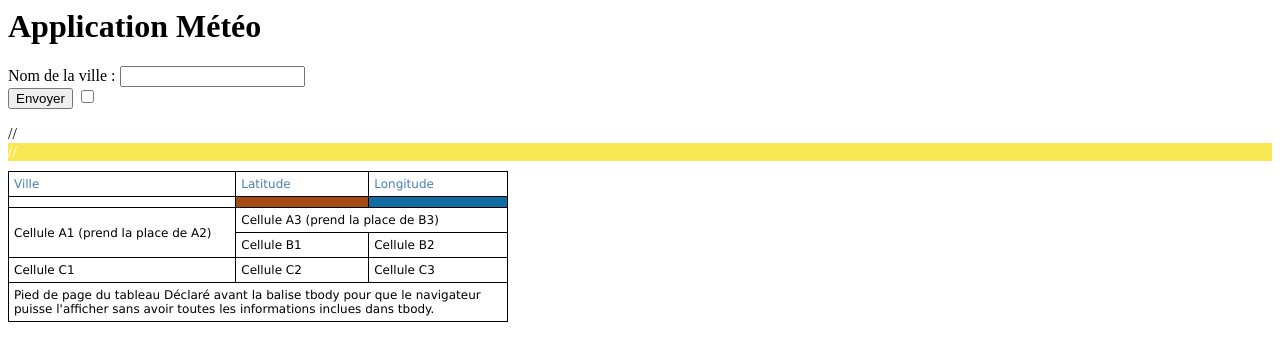
Repository: IFATech-Metz/dev-log-4
Page: projet.html
An editor plug-in stored every save of this project. The page is shown before and after the next save, followed by the edit.
The browser window is 1280 px wide. The pictures show the whole page.
The page's requests for data from a server got no answer.

Above is the page before, as saved 2019-01-21 21:08:04.

### projet.html
<html>
    <head>
        <title>Météo du jour</title>
        <script src="meteo.js"></script>
        <link rel="stylesheet" type="text/css" href="style.css">
    </head>
    <body onload="init_page()">
        <h1>Application M&eacute;t&eacute;o</h1>
        <p>
            Nom de la ville :
            <input type="text" id="ville" value=""><br>

            <button type="button" onclick="get_temperature()">Envoyer</button>
            <input type="checkbox" id="url_visibility">

        </p>

       <div id="url">
      // </div>

      //  <div id="meteo">
      //  </div>
        <table rules="all" cellpadding="5px" style="width:500px; border:solid 1px black; font-family:verdana; font-size:12px;">
            <caption style="margin:5px; font-size:14px;"; id="ville"></caption>
            <thead>
               <tr style="color:steelblue;">
                  <td> Ville </td>
                  <td> Latitude </td>
                  <td> Longitude </td>
               </tr>
            </thead>
            <tfoot>
               <tr>
                  <td colspan="3">
                  Pied de page du tableau
                  Déclaré avant la balise tbody pour que le navigateur puisse l'afficher
                  sans avoir toutes les informations inclues dans tbody.
                  </td>
               </tr>
            </tfoot>
            <tbody>
                <tr>
                    <td id='ville'> </td>
                    <td id='latitude'> </td>
                    <td id='longitude'> </td>
                </tr>
                <tr>
                  <td rowspan="2">Cellule A1 (prend la place de A2)</td>
                  <td colspan="2">Cellule A3 (prend la place de B3)</td>
               </tr>
               <tr>
                  <td>Cellule B1</td>
                  <td>Cellule B2</td>
               </tr>
               <tr>
                  <td>Cellule C1</td>
                  <td>Cellule C2</td>
                  <td>Cellule C3</td>
               </tr>
            </tbody>
         </table>








        <div id="latitude">
        </div>
        <div id="longitude">
        </div>
        <div id="humidity">
        </div>
        <div id="sun_rise">
        </div>
        <div id="sun_set">
        </div>
        <div id="weather_value">
        </div>
        <div id="pressure">
        </div>
        <div id="temp_min">
        </div>
        <div id="temp_max">
        </div>
        <div id="speed">
        </div>
        <div id="direction">
        </div>
        <div id="clouds">
        </div>

        <img id="icon" src="">
    </body>
</html>

### meteo.js
var xhr = new XMLHttpRequest();

// Forme générale du lien :
// http://maps.openweathermap.org/maps/2.0/weather/TA2/{z}/{x}/{y}?
// date=1527811200&opacity=0.9&fill_bound=true&appid={api_key}

var base_url = "http://api.openweathermap.org/data/2.5/weather";
var city = "Metz";
var units = "metric";
var appid = "f5e810531af1756846022c6f387acf25";

function get_url() {
    return base_url + "?"
        + "q=" + city + "&"
        + "units=" + units + "&"
        + "appid=" + appid;

}

function init_page() {
    xhr.onreadystatechange = function() {
        if (this.readyState == 4 && this.status == 200) {

            document.getElementById("url").innerHTML = get_url();
//Temperature
            var response = JSON.parse(this.responseText);
            var temperature = response.main.temp;
//Latitude et longitude
            var latitude = response.coord.lat;
            var longitude = response.coord.lon;
//Humidité
           var humidity = response.main.humidity;
//levé et couché de soleil
            // Create a new JavaScript Date object based on the timestamp
            // multiplied by 1000 so that the argument is in milliseconds, not seconds.
        var dateL = new Date(response.sys.sunrise*1000);
        // Hours part from the timestamp
        var hoursL = dateL.getHours();
        // Minutes part from the timestamp
        var minutesL = "0" + dateL.getMinutes();
        // Seconds part from the timestamp
        var secondsL = "0" + dateL.getSeconds();

        // Will display time in 10:30:23 format
        var formattedTimeL = hoursL + ':' + minutesL.substr(-2) + ':' + secondsL.substr(-2);
            var sun_rise = formattedTimeL;

        var dateC = new Date(response.sys.sunset*1000);
        // Hours part from the timestamp
        var hoursC = dateC.getHours();
        // Minutes part from the timestamp
        var minutesC = "0" + dateC.getMinutes();
        // Seconds part from the timestamp
        var secondsC = "0" + dateC.getSeconds();

        // Will display time in 10:30:23 format
        var formattedTimeC = hoursC + ':' + minutesC.substr(-2) + ':' + secondsC.substr(-2);
        var sun_set = formattedTimeC;
// condition météo
            var weather_value = response.weather[0].main
//pression
            var pressure = response.main.pressure;
//temp_min
            var temp_min = response.main.temp_min;
//temp_max
            var temp_max = response.main.temp_max;
//wind speed
            var speed = response.wind.speed;
//wind direction
            var direction = response.wind.deg;
//clouds
            var clouds = response.clouds.all;
//Icone
            var icon = response.weather[0].icon;
            var src = "http://openweathermap.org/img/w/" + icon + ".png";


            document.getElementById("meteo").innerHTML = temperature;
            document.getElementById("latitude").innerHTML = latitude;
            document.getElementById("longitude").innerHTML = longitude;
            document.getElementById("humidity").innerHTML = humidity;
            document.getElementById("sun_rise").innerHTML = sun_rise;
            document.getElementById("sun_set").innerHTML = sun_set;
            document.getElementById("weather_value").innerHTML = weather_value;
            document.getElementById("pressure").innerHTML = pressure;
            document.getElementById("temp_min").innerHTML = temp_min;
            document.getElementById("temp_max").innerHTML = temp_max;
            document.getElementById("speed").innerHTML = speed;
            document.getElementById("direction").innerHTML = direction;
            document.getElementById("clouds").innerHTML = clouds;
            document.getElementById("icon").src = src;
        }
    }

    xhr.open("GET", get_url(), true)
    xhr.send()
}
function get_temperature() {
    city = document.getElementById("ville").value;

    xhr.onreadystatechange = function() {
        if (this.readyState == 4 && this.status == 200) {
            //TODO
            document.getElementById("url").innerHTML = get_url();

            if(document.getElementById("url_visibility").checked){
                document.getElementById("url").style.display = "block";
            }
            else{
                document.getElementById("url").style.display = "none";
            }

            var response = JSON.parse(this.responseText);
            var temperature = response.main.temp;
            var latitude = response.coord.lat;
            var longitude = response.coord.lon;
            var humidity = response.main.humidity;
            var dateL = new Date(response.sys.sunrise*1000);
            // Hours part from the timestamp
            var hoursL = dateL.getHours();
            // Minutes part from the timestamp
            var minutesL = "0" + dateL.getMinutes();
            // Seconds part from the timestamp
            var secondsL = "0" + dateL.getSeconds();

            // Will display time in 10:30:23 format
            var formattedTimeL = hoursL + ':' + minutesL.substr(-2) + ':' + secondsL.substr(-2);
            var sun_rise = formattedTimeL;

           var dateC = new Date(response.sys.sunset*1000);
            // Hours part from the timestamp
            var hoursC = dateC.getHours();
            // Minutes part from the timestamp
            var minutesC = "0" + dateC.getMinutes();
            // Seconds part from the timestamp
            var secondsC = "0" + dateC.getSeconds();

            // Will display time in 10:30:23 format
            var formattedTimeC = hoursC + ':' + minutesC.substr(-2) + ':' + secondsC.substr(-2);
            var sun_set = formattedTimeC;

            var weather_value = response.weather[0].main;
            var pressure = response.main.pressure;
            var temp_min = response.main.temp_min;
            var temp_max = response.main.temp_max;
            var speed = response.wind.speed;
            var direction = response.wind.deg;
            var clouds = response.clouds.all;

            var icon = response.weather[0].icon;
            var src = "http://openweathermap.org/img/w/" + icon + ".png";

            document.getElementById("meteo").innerHTML = temperature;
            document.getElementById("latitude").innerHTML = latitude;
            document.getElementById("longitude").innerHTML = longitude;
            document.getElementById("humidity").innerHTML = humidity;
            document.getElementById("sun_rise").innerHTML = sun_rise;
            document.getElementById("sun_set").innerHTML = sun_set;
            document.getElementById("weather_value").innerHTML = weather_value;
            document.getElementById("pressure").innerHTML = pressure;
            document.getElementById("temp_min").innerHTML = temp_min;
            document.getElementById("temp_max").innerHTML = temp_max;
            document.getElementById("speed").innerHTML = speed;
            document.getElementById("direction").innerHTML = direction;
            document.getElementById("clouds").innerHTML = clouds;

            document.getElementById("icon").src = src;
        }
    }

    xhr.open("GET", get_url(), true)
    xhr.send()
}

### style.css
#url {
    color: red;
    display: none;
}
#meteo {
    background: rgb(248, 232, 83);
    color: white;
}
#latitude {
    background: rgb(163, 75, 16);
    color: white;
}
#longitude {
    background: rgb(16, 109, 163);
    color: white;
}
#humidity {
    background: rgb(16, 109, 163);
    color: white;
}
#sun_rise {
    background: rgb(222, 236, 28);
    color: white;
}

#sun_set {
    background: rgb(236, 37, 210);
    color: white;
}
#weather_value {
    background: rgb(25, 247, 18);
    color: white;
}
#pressure {
    background: blue;
    color: white;
}
#temp_min {
    background: blue;
    color: white;
}
#temp_max {
    background: red;
    color: white;
}
#speed {
    background:green;
    color: white;
}
#direction {
    background:green;
    color: white;
}
#clouds {
    background: greenyellow;
    color: white;
}

After the next save:
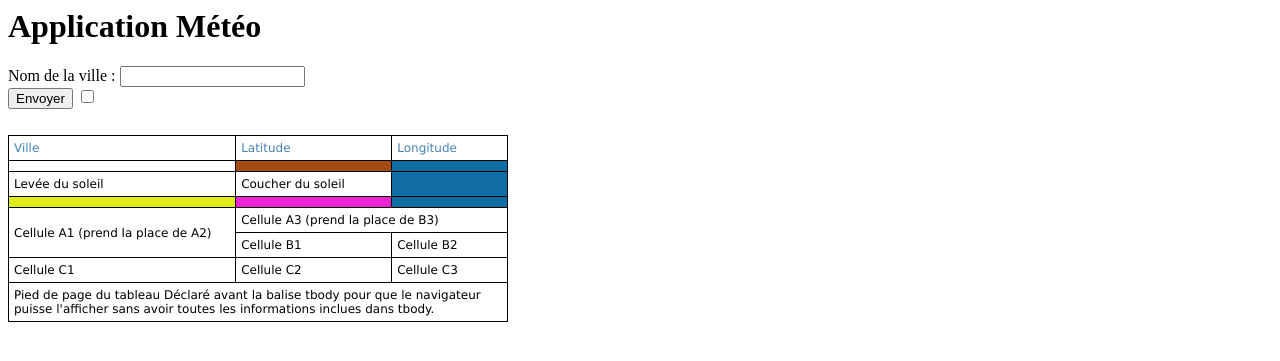
Saved 3 min 27 s later.
--- a/projet.html
+++ b/projet.html
@@ -16,10 +16,10 @@
         </p>
 
        <div id="url">
-      // </div>
+       </div>
 
-      //  <div id="meteo">
-      //  </div>
+       <div id="meteo">
+       </div>
         <table rules="all" cellpadding="5px" style="width:500px; border:solid 1px black; font-family:verdana; font-size:12px;">
             <caption style="margin:5px; font-size:14px;"; id="ville"></caption>
             <thead>
@@ -45,6 +45,16 @@
                     <td id='longitude'> </td>
                 </tr>
                 <tr>
+                    <td> Levée du soleil</td>
+                    <td> Coucher du soleil </td>
+                    <td id='longitude'> </td>
+                </tr>
+                <tr>
+                    <td id='sun_rise'> </td>
+                    <td id='sun_set'> </td>
+                    <td id='longitude'> </td>
+                </tr>
+                <tr>
                   <td rowspan="2">Cellule A1 (prend la place de A2)</td>
                   <td colspan="2">Cellule A3 (prend la place de B3)</td>
                </tr>
@@ -67,10 +77,7 @@
 
 
 
-        <div id="latitude">
-        </div>
-        <div id="longitude">
-        </div>
+
         <div id="humidity">
         </div>
         <div id="sun_rise">
